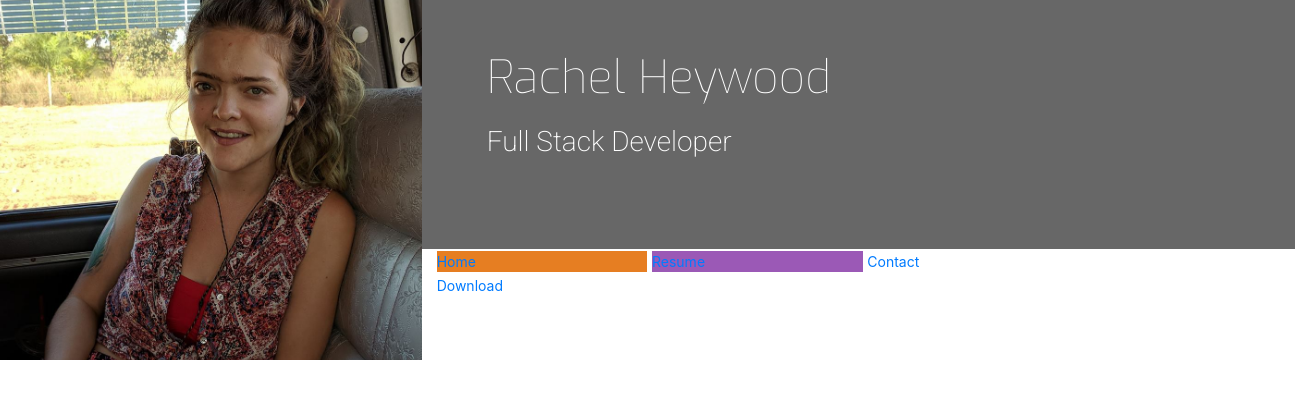
Repository: Heywood93/resume
Page: index.html
The author's editor kept a record of every edit. The page is drawn from the files as they stood at one moment, then again after the next edit.
The browser window is 1280 px wide. The page is 1295 px wide, so the pictures cover 1295 px, including what lies to the right of the window. The pictures show the whole page.

Above is the page before.

### index.html
<!DOCTYPE html>
<html lang="en">
<head>
    <meta charset="UTF-8">
    <meta name="viewport" content="width=device-width, initial-scale=1.0">
    <meta http-equiv="X-UA-Compatible" content="ie=edge">
    <link rel="stylesheet" href="https://stackpath.bootstrapcdn.com/bootstrap/4.3.1/css/bootstrap.min.css" type="text/css" />
    <link rel="stylesheet" href="https://stackpath.bootstrapcdn.com/font-awesome/4.7.0/css/font-awesome.min.css" type="text/css" />
    <link rel="stylesheet" href="assets/css/style.css" type="text/css" />
    <title>Rachel Heywood</title>
</head>
<body>
    <header>
        <div class="row">
            <a href="index.html" class="col-md-4 logo">

            </a>
            <div class="col-md-8">
                <div class="row bg-color-name-title">
                    <div class="col heading">
                        <h1 class="name">Rachel Heywood</h1>
                        <h2 class="title">Full Stack Developer</h2>
                    </div>
                </div>
                <div class="row">
                    <div class="col">
                        <ul id="nav" class="list-inline">
                            <li class="col-6 col-sm-3 ui-menu-color-home list-inline-item">
                                <a href="#"><span>Home</span></a>
                            </li>
                            <li class="col-6 col-sm-3 ui-menu-color-resume list-inline-item">
                                <a href="#"><span>Resume</span></a>
                            </li>
                            <li class="col-6 col-sm-3 list-inline-item">
                                <a href="#"><span>Contact</span></a>
                            </li>
                            <li class="col-6 col-sm-3 list-inline-item">
                                <a href="#"><span>Download</span></a>
                            </li>
                        </ul>
                    </div>
                </div>
            </div>
        </div>

    </header>
    <section>

    </section>
    <footer>

    </footer>
</body>
</html>

### assets/css/style.css
@import url('https://fonts.googleapis.com/css?family=Roboto:100,200,300,400,500,600,700|Exo:100,200,300,400,500,600,700');

/*----------Colors */

.bg-color-name-title {
    background-color: #676767;
}

.ui-menu-color-home {
    background-color: #e67e22
}

.ui-menu-color-resume {
    background-color: #9b59b6
}

.ui-menu-color-contact {
    background-color: #3498db
}

.ui-menu-color-download {
    background-color: #525252
}

/*----------Heading */

header {
    margin: 0;
}

.heading {
    margin-left : 50px;
}

.logo {
    background: url(../images/profile-picture.jpg);
    background-position: center;
    background-repeat: no-repeat;
    background-size: cover;
    min-height: 360px;
    transition: all .5s ease-in-out;
    -moz-transition: all .5s ease-in-out;
    -webkit-transition: all .5s ease-in-out;
}

.name {
    font-family: "Exo", sans-serif;
    font-weight: 100;
    font-size: 46px;
    margin-top: 50px;
    color: #fff;
}

.title {
    font-family: "Roboto", sans-serif;
    font-weight: 200;
    font-size: 28px;
    margin-top: 20px;
    margin-bottom: 90px;
    color: #fff;
}

.list-inline-item:not(:last-child) {
    margin: 0;
}

.menucontainer {
    font-size: 0;
}

#nav {
    margin: 0;
}

#nav li {
    font-size: 14px;
    padding: 0;
}

.menuitem {
    height: 120px;
    text-align: center;
    padding: 0;
}

.menuitem a {
    width: 100%;
    text-decoration: none;
    color: #fff;
    height: 120px;
}

.menuitem a i {
    padding-top: 22px;
    display: block;
    color: #fafafa;
    font-size: 26px;
}

.menuitem span {
    display: block;
    width: 100%;
    padding-top: 5px;
    text-align: center;
    text-transform: uppercase;
    font-size: 14px;
    font-weight: 300;
    letter-spacing: 2px;
}

/*----------Hover.css */

.hvr-sweep-to-bottom:before {
    background: rgba(0, 0, 0, 0.2);
    height: 120px;
}

After the next edit:
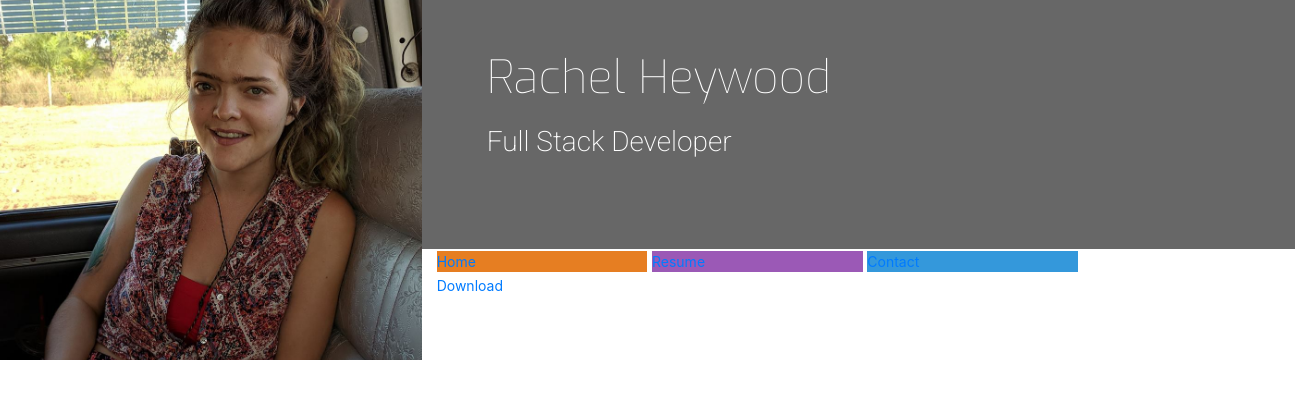
The edit:
--- a/index.html
+++ b/index.html
@@ -31,7 +31,7 @@
                             <li class="col-6 col-sm-3 ui-menu-color-resume list-inline-item">
                                 <a href="#"><span>Resume</span></a>
                             </li>
-                            <li class="col-6 col-sm-3 list-inline-item">
+                            <li class="col-6 col-sm-3 ui-menu-color-contact list-inline-item">
                                 <a href="#"><span>Contact</span></a>
                             </li>
                             <li class="col-6 col-sm-3 list-inline-item">
